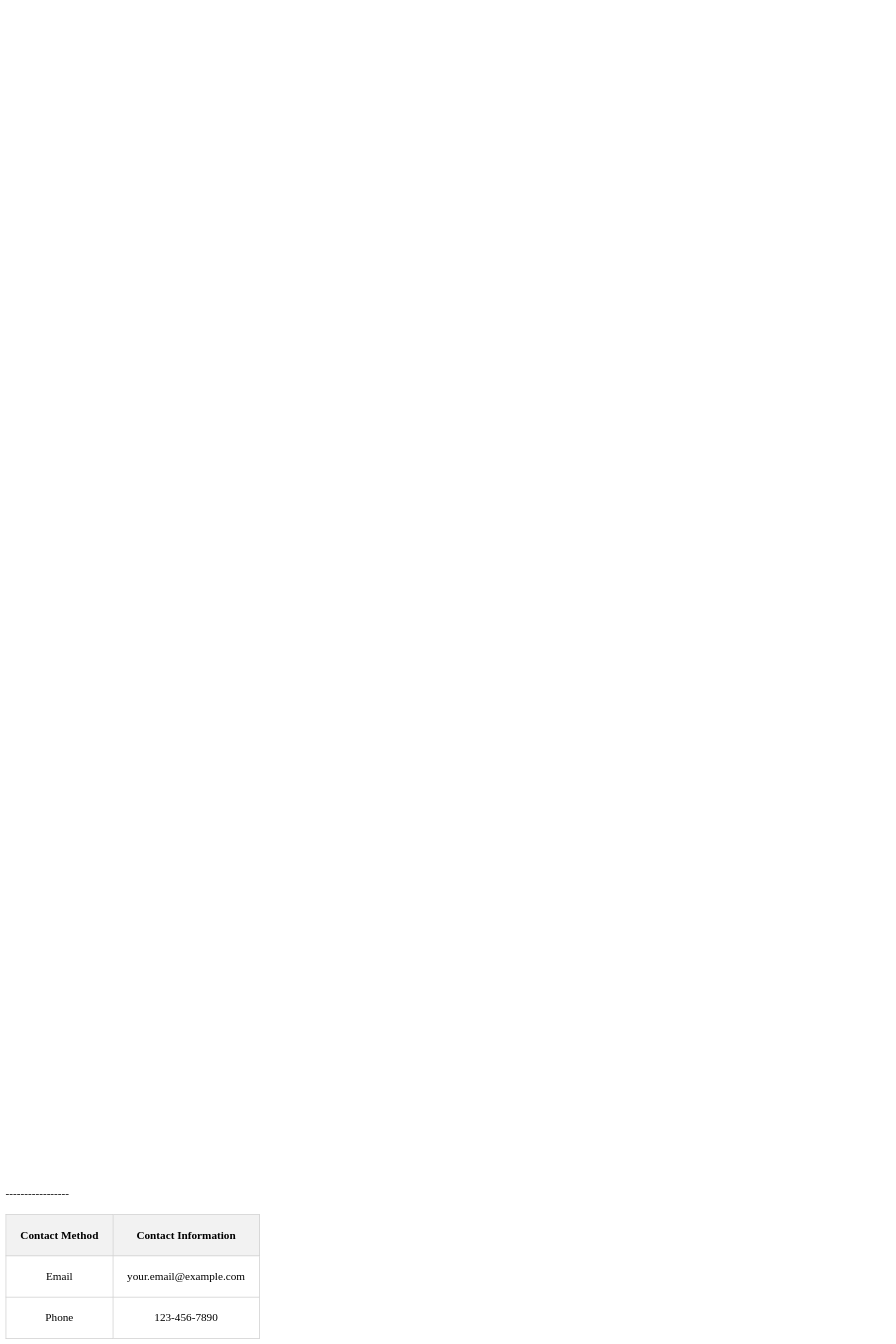
Repository: tianjiewang2022/tianjiewang2022.github.io
Page: index.html
These files come from the project's save history. The page is drawn as it stood at one moment and after the next save; the edit follows.
The browser window is 1280 px wide. The pictures show the part of the page from y = 832 to 2752 px (the page is 2752 px tall before and 2693 px after), at 70% of full size.

Above is the page before, as saved 2023-10-02 00:13:54.

### index.html
<!DOCTYPE html>
<html lang="en">

    <head>
        <meta charset="UTF-8">
        <meta name="viewport" content="width=device-width, initial-scale=1.0">
        <title>Sally's Webpage</title>
        <style>
            body {
                padding-top: 100px;
            }

            header {
                background-color: #3498db;
                /* Choose your header color */
                color: white;
                position: fixed;
                top: 0;
                height: 15%;
                left: 5%;
                right: 5%;
                display: flex;
                align-items: center;
                justify-content: center;
                z-index: 100;
                font-size: 40px;
            }

            .container {
                padding: 10px;
                display: flex;
                flex-wrap: wrap;
                justify-content: space-between;
                padding-left: 10%;
                padding-right: 10%;
            }

            .box {
                width: calc(33.33% - 20px);
                height: 100px;
                background-color: #ccc;
                /* Default background color */
                /* Add margin between boxes */
                background-color: #ccc;
                /* Default background color */
                text-align: center;
                display: flex;
                align-items: center;
                justify-content: center;
            }

            .blue {
                background-color: rgb(0, 255, 213);
            }

            .green {
                background-color: rgb(106, 255, 0);
            }

            .purple {
                background-color: rgb(225, 136, 247);
            }

            table {

                border-collapse: collapse;
                margin-top: 20px;
                left: 5%;
                right: 5%;
            }

            th,
            td {
                border: 1px solid #ccc;
                padding: 20px;
                text-align: center;
            }

            th {
                background-color: #f2f2f2;
            }
        </style>
    </head>

    <body>
        <header>
            Sally Wang
        </header>

        <div class="container" id="box-container"></div>

        <script>
            // Function to create a box element with the specified color
            function createBox(color) {
                const box = document.createElement("div");
                box.classList.add("box", color);
                return box;
            }

            // Get the container element
            const container = document.getElementById("box-container");

            // Create 100 rows of boxes
            for (let i = 0; i < 100; i++) {
                const row = document.createElement("span");
                row.classList.add("container");
                // Add three boxes to each row with different colors
                row.appendChild(createBox("blue"));
                row.appendChild(createBox("green"));
                row.appendChild(createBox("purple"));
                // Append the row to the main container
                container.appendChild(row);
            }
        </script>
    </body>
    <div>-----------------</div>
    <table>
        <thead>
            <tr>
                <th>Contact Method</th>
                <th>Contact Information</th>
            </tr>
        </thead>
        <tbody>
            <tr>
                <td>Email</td>
                <td>your.email@example.com</td>
            </tr>
            <tr>
                <td>Phone</td>
                <td>123-456-7890</td>
            </tr>
            <!-- Add more rows with contact information as needed -->
        </tbody>
    </table>

</html>

After the next save:
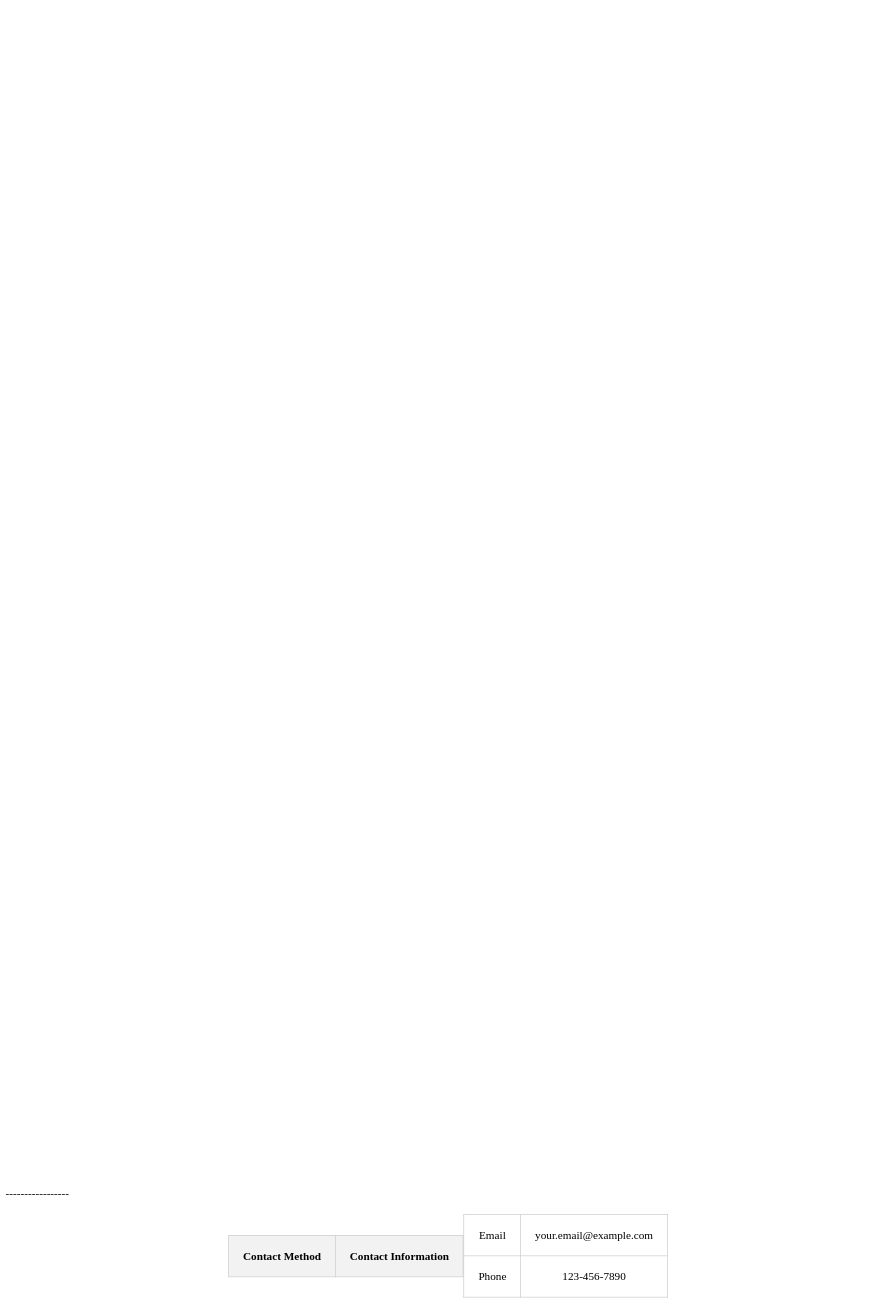
Saved 7 min 32 s later.
--- a/index.html
+++ b/index.html
@@ -62,7 +62,11 @@
             }
 
             table {
-
+                left: 5%;
+                right: 5%;
+                display: flex;
+                align-items: center;
+                justify-content: center;
                 border-collapse: collapse;
                 margin-top: 20px;
                 left: 5%;
